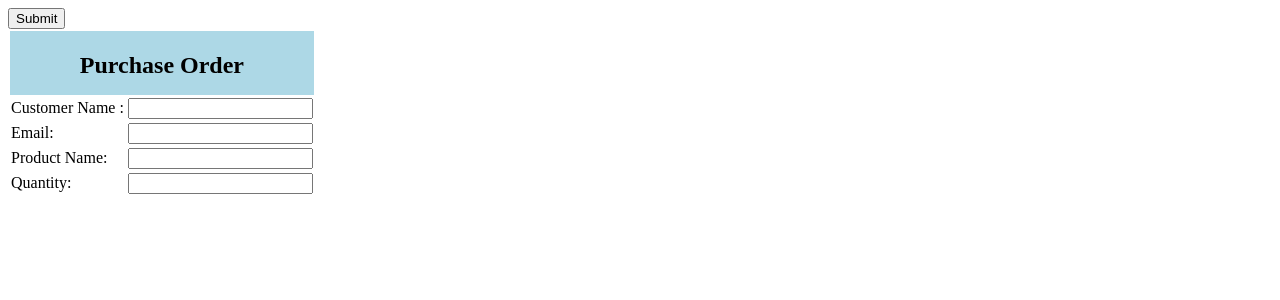
Repository: FatCat0712/JSP
Page: http://localhost/bai_20/
The author's editor kept a copy of each file at every save. The page is drawn from the files as they stood at one save, then again after the next save.
The browser window is 1280 px wide. The pictures show the whole page.
The page is served by Tomcat 9.

Above is the page before, as saved 2024-04-22 01:28:10.

After the next save:
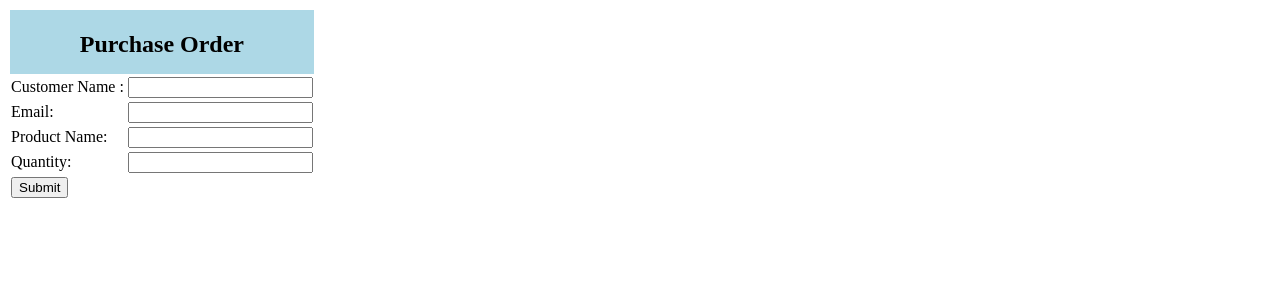
Saved 26 s later.
--- a/bai_20/src/main/webapp/index.jsp
+++ b/bai_20/src/main/webapp/index.jsp
@@ -48,11 +48,13 @@
 				<label>Quantity: </label>
 			</td>
 			<td>
-				<input type="number" name quantity"/>
+				<input type="number" name="quantity"/>
 			</td>
 		</tr>
 		<tr>
-			<input type="submit" value="Submit"/>
+			<td>
+				<input type="submit"
+			</td>
 		</tr>
 	</table>
 </form>
